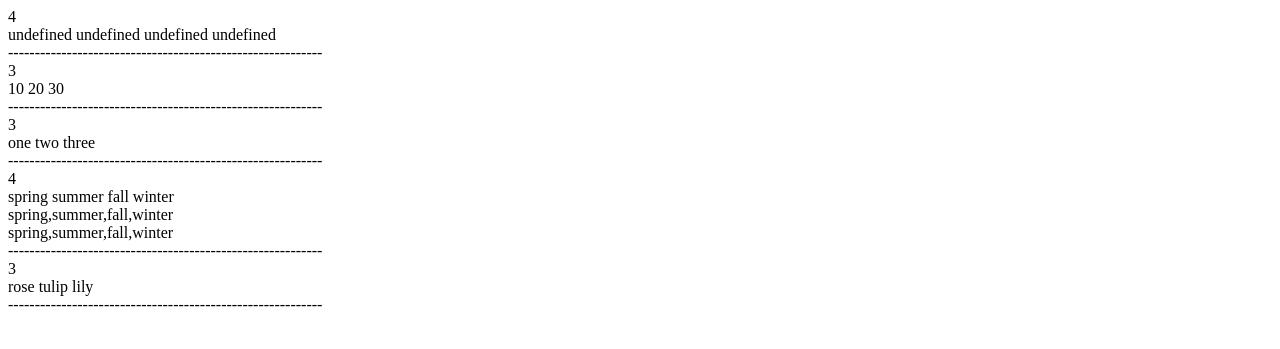
Repository: song-bean/Web_song
Page: 03_JavaScript/src/main/webapp/02_내장객체/Ex01.html
An editor plug-in stored every save of this project. The page is shown before and after the next save, followed by the edit.
The browser window is 1280 px wide. The pictures show the whole page.

Above is the page before, as saved 2023-02-27 01:44:34.

### 03_JavaScript/src/main/webapp/02_내장객체/Ex01.html
<!DOCTYPE html>
<html>
<head>
<meta charset="UTF-8">
<title>Ex01</title>
<script type="text/javascript">

	/* 자바 배열
	int [] arr1 = {10,20,30};
	int [] arr2 = new int[] {10,20,30};
	int[] arr3 = new int[3];
	arr3[0] = 10;
	arr3[1] = 20;
	arr[2] = 30;
	*/

	var a = Array(4); //내장 객체, 하나만 쓰면 방의 수
	document.write(a.length + "<br>");

	for(i=0;i<a.length;i++) {
		document.write(a[i] + " ");
	}
	document.write("<br>");
	document.write("-----------------------------------------------------------");
	document.write("<br>");

	var b = new Array(10,20,30); //2개 이상 쓰면 방에 들어갈 값이 됨
	document.write(b.length + "<br>");

	for(i=0;i<b.length;i++) {
		document.write(b[i] + " ");
	}
	document.write("<br>");
	document.write("-----------------------------------------------------------");
	document.write("<br>");

	var c = Array('one', 'two','three');
	document.write(c.length + "<br>");

	for(i=0;i<c.length;i++) {
		document.write(c[i] + " ");
	}
	document.write("<br>");
	document.write("-----------------------------------------------------------");
	document.write("<br>");

	var d = Array();
	d[0] = 'spring';
	d[1] = 'summer';
	d[2] = 'fall';
	d[3] = 'winter';
	document.write(d.length + "<br>");

	for(i=0;i<d.length;i++) {
		document.write(d[i] + " ");
	}
	document.write("<br>");
	document.write(d); //spring,summer,fall,winter
	document.write("<br>");
	document.write(d.toString()); //spring,summer,fall,winter
	document.write("<br>");
	document.write("-----------------------------------------------------------");
	document.write("<br>");

	var e = ['rose', 'tulip', 'lily']
	document.write(e.length + "<br>");

	for(i=0;i<e.length;i++) {
		document.write(e[i] + " ");
	}
	document.write("<br>");



	document.write("-----------------------------------------------------------");
	document.write("<br>");



</script>
</head>
<body>

</body>
</html>

After the next save:
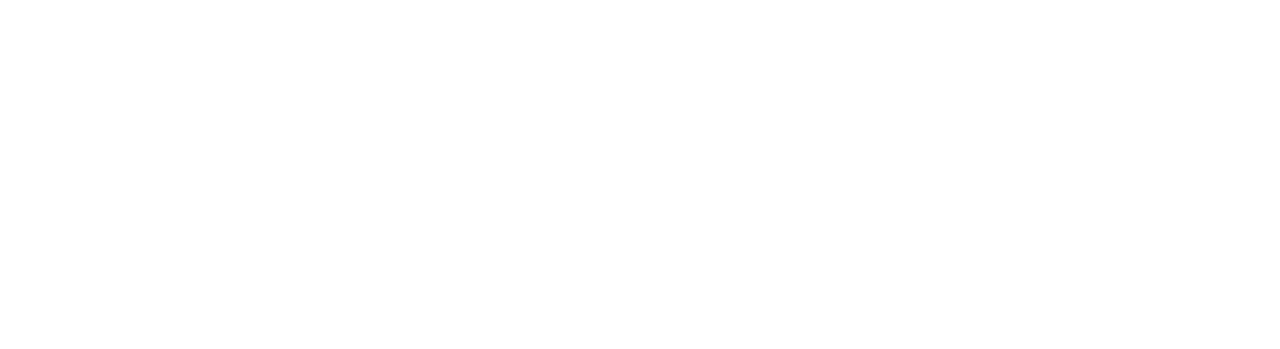
Console error: SyntaxError: Unexpected token ')'
Saved 38 s later.
--- a/03_JavaScript/src/main/webapp/02_내장객체/Ex01.html
+++ b/03_JavaScript/src/main/webapp/02_내장객체/Ex01.html
@@ -70,7 +70,9 @@
 	}
 	document.write("<br>");
 
+	for() {
 
+	}
 
 	document.write("-----------------------------------------------------------");
 	document.write("<br>");

After the 3 saves that followed:
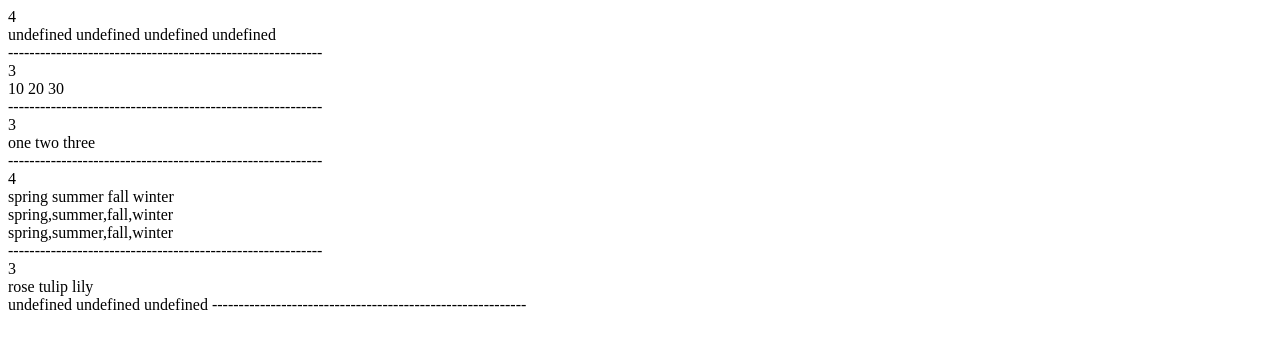
The error is gone.
The 3 saves are shown as one change because 2 left the picture as it was.
The last was saved 28 s later.
--- a/03_JavaScript/src/main/webapp/02_내장객체/Ex01.html
+++ b/03_JavaScript/src/main/webapp/02_내장객체/Ex01.html
@@ -70,8 +70,8 @@
 	}
 	document.write("<br>");
 
-	for() {
-
+	for( x in e ) {
+		document.write(e[i] + " ");
 	}
 
 	document.write("-----------------------------------------------------------");
